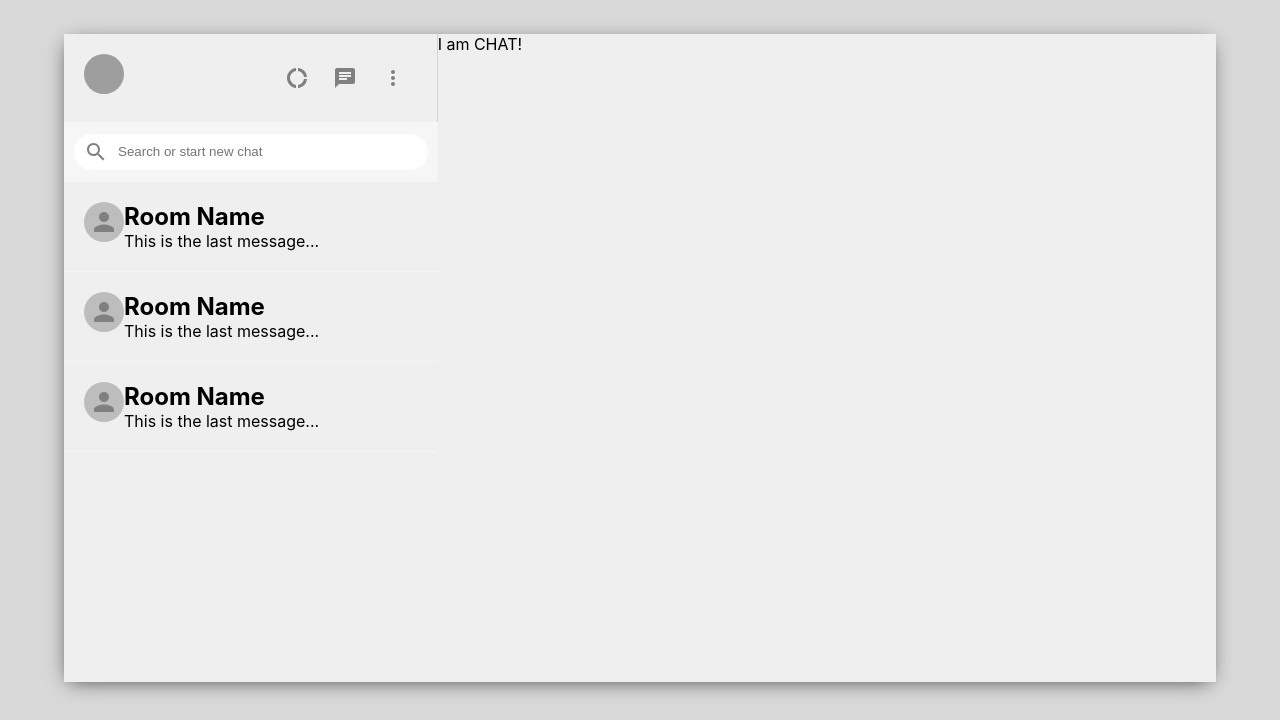
Repository: BogoGit/clone-whatsapp
Page: / (app in whatsapp-front/)
These files come from the project's save history. The page is drawn as it stood at one moment and after the next save; the edit follows.
The browser window is 1280 px wide. The pictures show the whole page.
Pictures or frames that could not be fetched are drawn as grey boxes. The project was rebuilt for these pictures with package versions that can differ from the ones it lists, and the page was loaded fresh each time.

Above is the page before, as saved 2020-11-18 20:54:41.

After the next save:
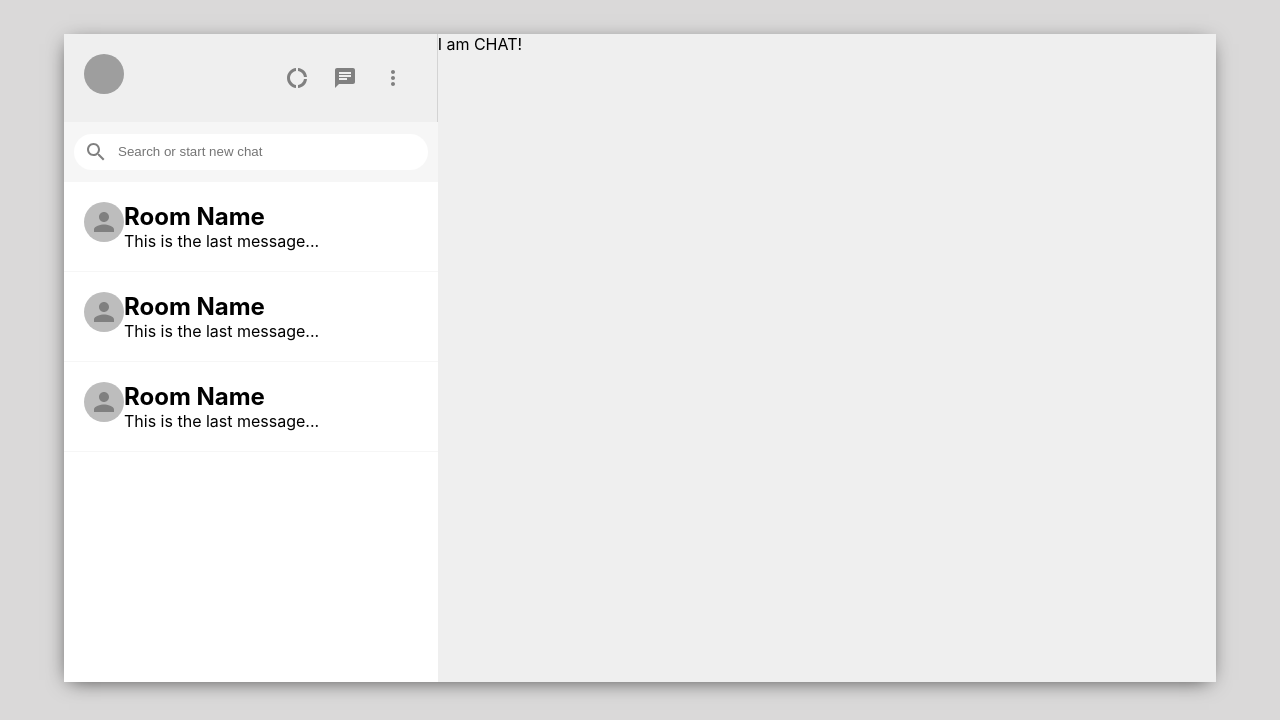
Saved 7 s later.
--- a/whatsapp-front/src/Components/Sidebar.css
+++ b/whatsapp-front/src/Components/Sidebar.css
@@ -49,5 +49,5 @@
 
 .sidebar__chats {
 	flex: 1;
-	background-color: ##fff;
+	background-color: #fff;
 }
